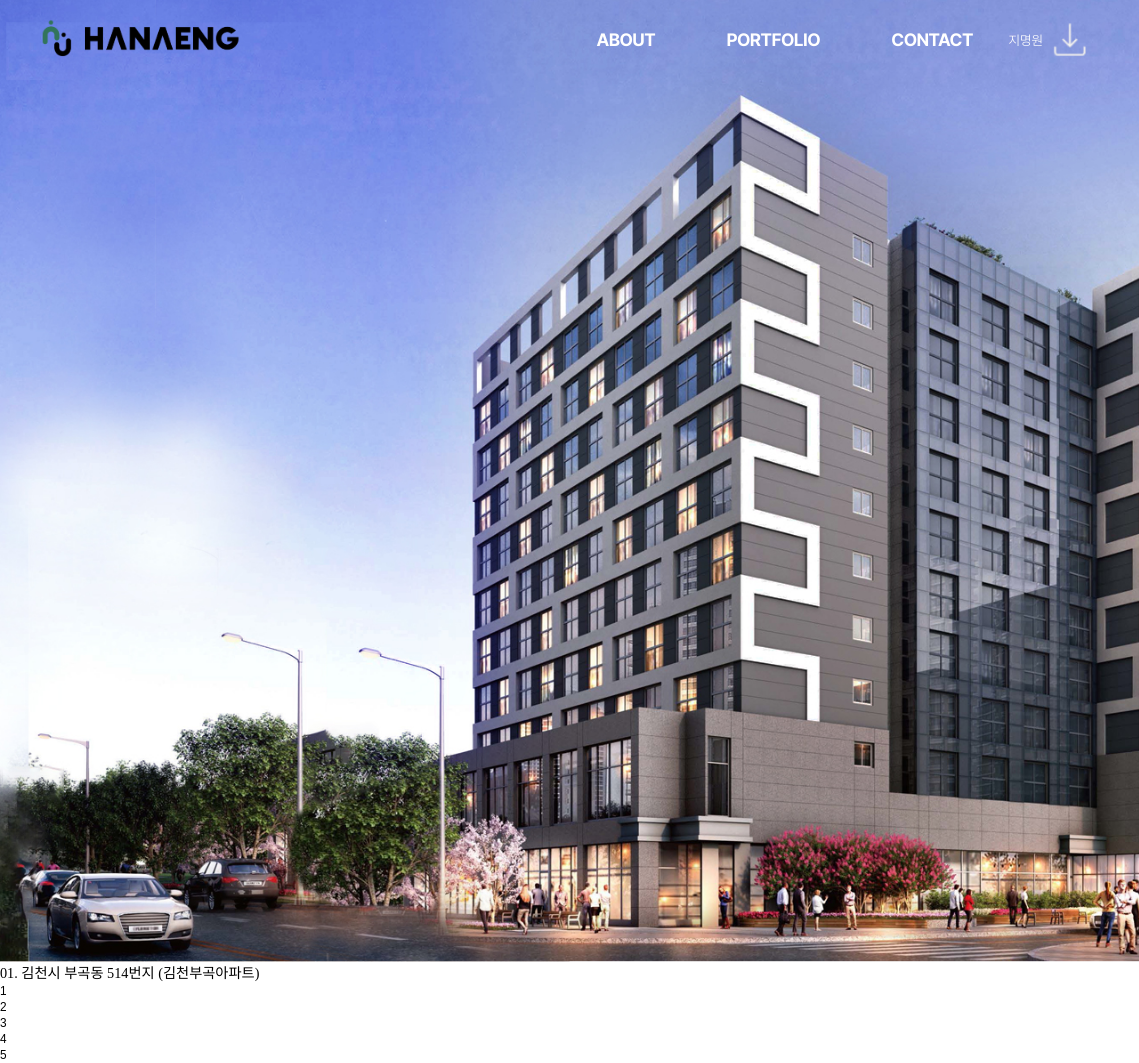
Repository: makeditWeb/hanaenc
Page: main.html
The author's editor kept a copy of each file at every save. The page is drawn from the files as they stood at one save, then again after the next save.
The browser window is 1280 px wide. The pictures show the whole page, at 89% of full size.
Some web libraries are served in a nearby version.

Above is the page before, as saved 2023-07-05 17:43:54.

After the next save:
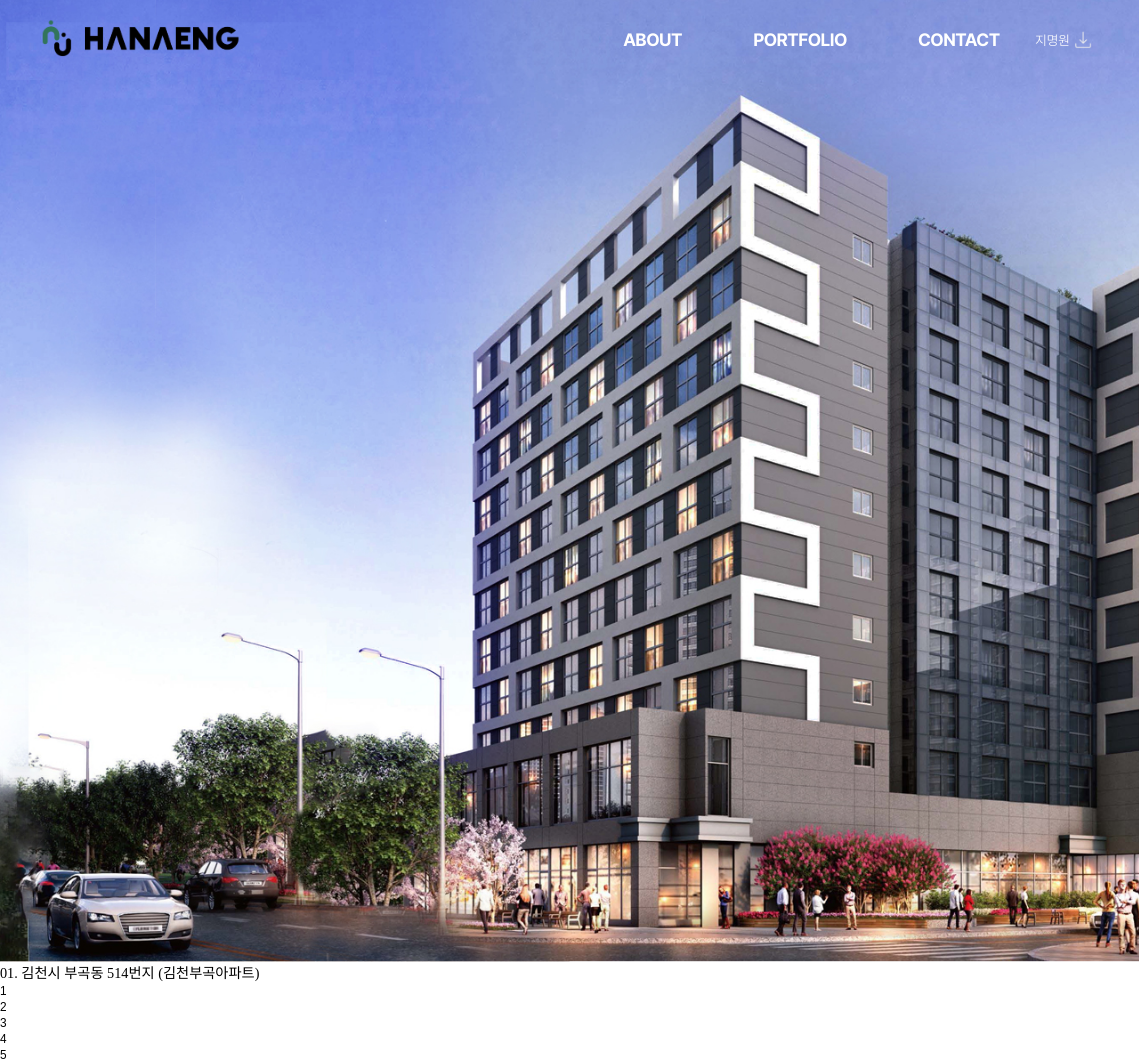
Saved 34 s later.
--- a/css/style.css
+++ b/css/style.css
@@ -296,6 +296,11 @@
     font-family: 'Pretendard-Light';
 }
 
+.download_wrap img{
+    width: 30px;
+    height: 30px;
+}
+
 @media (max-width: 1100px) {
     #hamburger {
         display: block;
